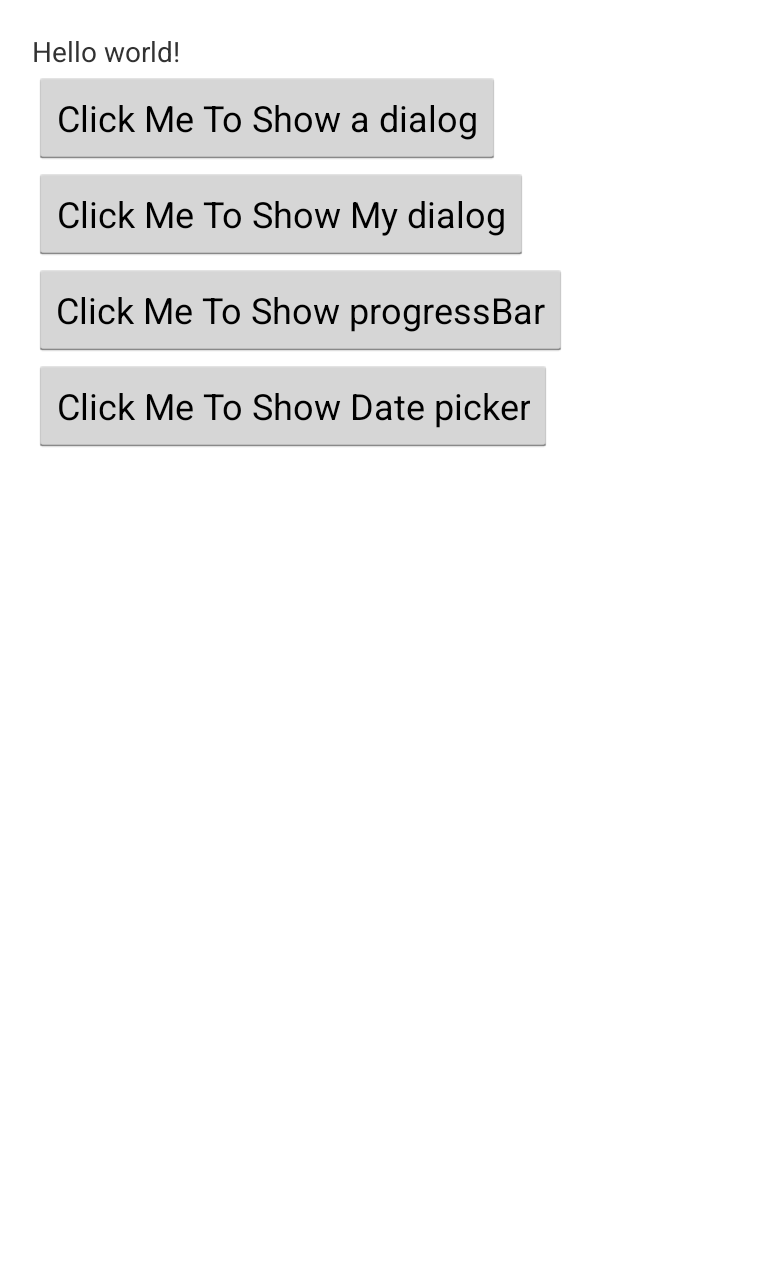
Repository: libelosophy/anjoyo
Layout: workspace/DialogDemo/res/layout/activity_dialog_demo.xml
The author's editor kept a copy of each file at every save. The layout is drawn from the files as they stood at one save, then again after the next save.
It is drawn on a 768 x 1280 px phone screen (xhdpi) without system bars, with theme AppTheme; the app's code is not run.

Above is the layout before, as saved 2013-09-13 00:51:24.

### workspace/DialogDemo/res/layout/activity_dialog_demo.xml
<RelativeLayout xmlns:android="http://schemas.android.com/apk/res/android"
    xmlns:tools="http://schemas.android.com/tools"
    android:layout_width="match_parent"
    android:layout_height="match_parent"
    android:paddingBottom="@dimen/activity_vertical_margin"
    android:paddingLeft="@dimen/activity_horizontal_margin"
    android:paddingRight="@dimen/activity_horizontal_margin"
    android:paddingTop="@dimen/activity_vertical_margin"
    tools:context=".DialogDemo" >

    <TextView
        android:id="@+id/hello"
        android:layout_width="wrap_content"
        android:layout_height="wrap_content"
        android:text="@string/hello_world" />


    <Button
        android:id="@+id/dialog_trigger_btn"
        android:layout_height="wrap_content"
        android:layout_width="wrap_content"
        android:text="@string/dialog_trigger_tips"
        android:layout_below="@id/hello"
         android:onClick="onClick"
        />
     <Button
        android:id="@+id/mydialog_trigger_btn"
        android:layout_height="wrap_content"
        android:layout_width="wrap_content"
        android:text="@string/mydialog_trigger_tips"
        android:layout_below="@id/dialog_trigger_btn"
        android:onClick="onClick"
        />
      <Button
        android:id="@+id/progress_trigger_btn"
        android:layout_height="wrap_content"
        android:layout_width="wrap_content"
        android:text="@string/progress_trigger_tips"
        android:layout_below="@id/mydialog_trigger_btn"
        android:onClick="onClick"
        />

       <Button
        android:id="@+id/datepick_trigger_btn"
        android:layout_height="wrap_content"
        android:layout_width="wrap_content"
        android:text="@string/datepick_trigger_tips"
        android:layout_below="@id/progress_trigger_btn"
        android:onClick="onClick"
        />

</RelativeLayout>

### workspace/DialogDemo/res/values/strings.xml
<?xml version="1.0" encoding="utf-8"?>
<resources>

    <string name="app_name">DialogDemo</string>
    <string name="action_settings">Settings</string>
    <string name="hello_world">Hello world!</string>


    <string name ="dialog_trigger_tips">Click Me To Show a dialog</string>
	<string name ="mydialog_trigger_tips">Click Me To Show My dialog</string>
    <string name ="progress_trigger_tips">Click Me To Show progressBar</string>

     <string name ="datepick_trigger_tips">Click Me To Show Date picker</string>

</resources>

### workspace/DialogDemo/res/color/button_text.xml
<?xml version="1.0" encoding="utf-8"?>
<selector xmlns:android="http://schemas.android.com/apk/res/android">

    <item
        android:color="#f80"
        android:state_pressed="true"
        />
    <item
        android:color="#f08"
        android:state_focused="true"/>

</selector>

Loaded but not shown: workspace/DialogDemo/res/values/styles.xml (common file); workspace/DialogDemo/res/values-v11/styles.xml (common file); workspace/DialogDemo/res/values-v14/styles.xml (common file); workspace/DialogDemo/res/values/dimens.xml (common file)

After the next save:
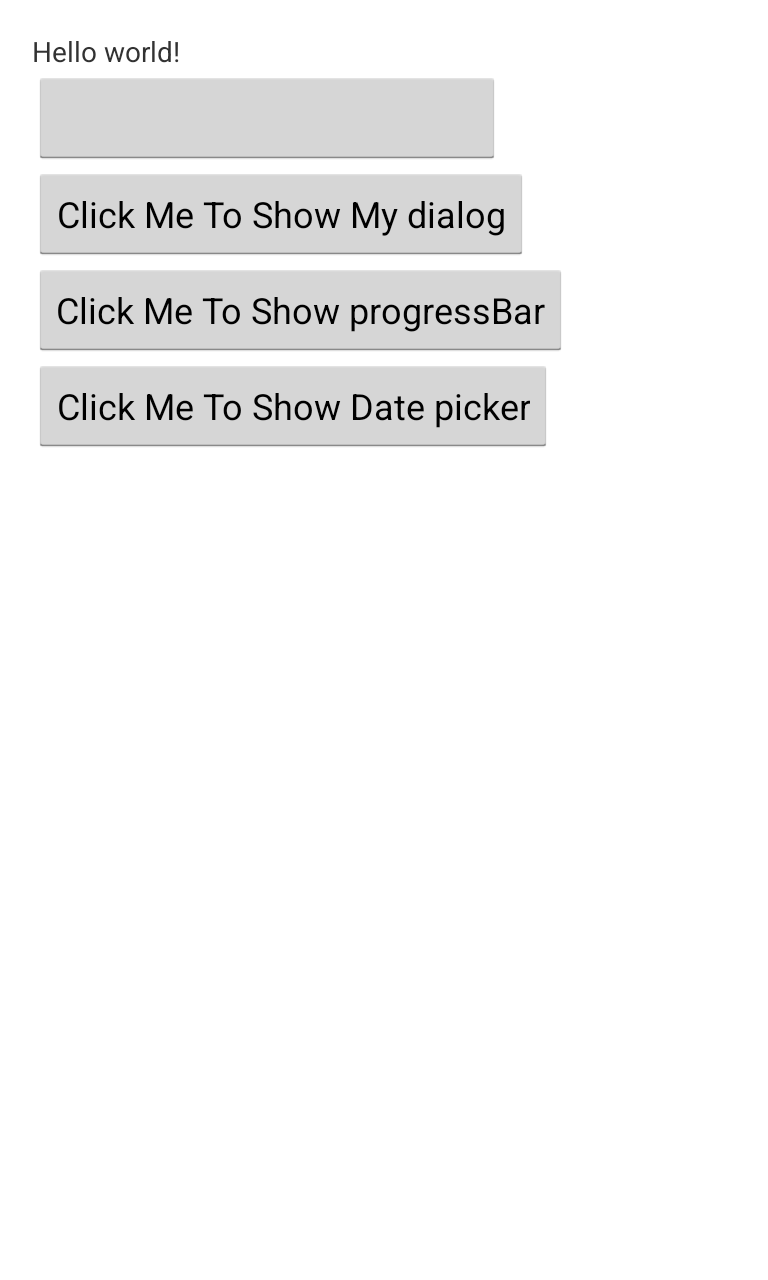
Saved 80 s later.
--- a/workspace/DialogDemo/res/layout/activity_dialog_demo.xml
+++ b/workspace/DialogDemo/res/layout/activity_dialog_demo.xml
@@ -22,6 +22,7 @@
         android:text="@string/dialog_trigger_tips"
         android:layout_below="@id/hello"
          android:onClick="onClick"
+        android:textColor="@color/button_text"
         />
      <Button
         android:id="@+id/mydialog_trigger_btn"

After the 2 saves that followed:
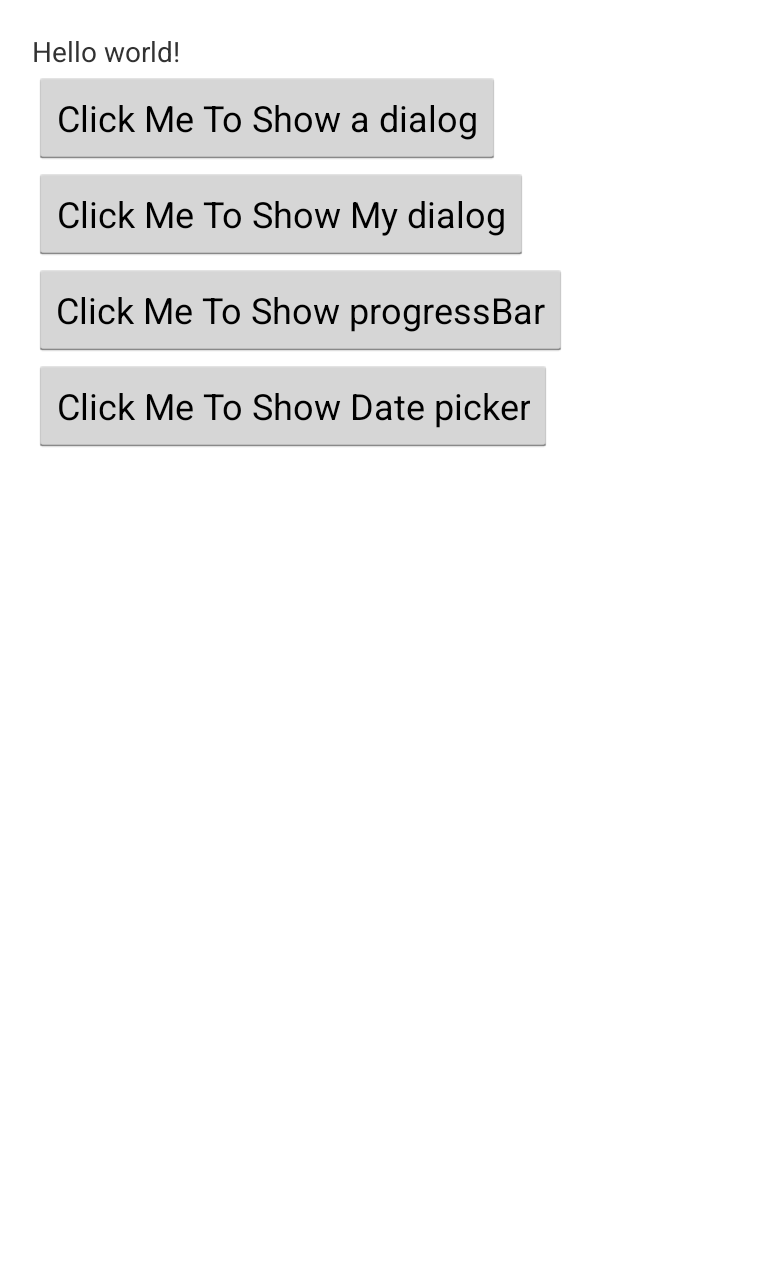
The 2 saves are shown as one change because 1 left the picture as it was.
The last was saved 40 s later.
--- a/workspace/DialogDemo/res/layout/activity_dialog_demo.xml
+++ b/workspace/DialogDemo/res/layout/activity_dialog_demo.xml
@@ -21,7 +21,7 @@
         android:layout_width="wrap_content"
         android:text="@string/dialog_trigger_tips"
         android:layout_below="@id/hello"
-         android:onClick="onClick"
+        android:onClick="onClick"
         android:textColor="@color/button_text"
         />
      <Button
--- a/workspace/DialogDemo/res/color/button_text.xml
+++ b/workspace/DialogDemo/res/color/button_text.xml
@@ -8,5 +8,5 @@
     <item
         android:color="#f08"
         android:state_focused="true"/>
-
+     <item android:color="#ff000000"/> <!-- default -->
 </selector>
